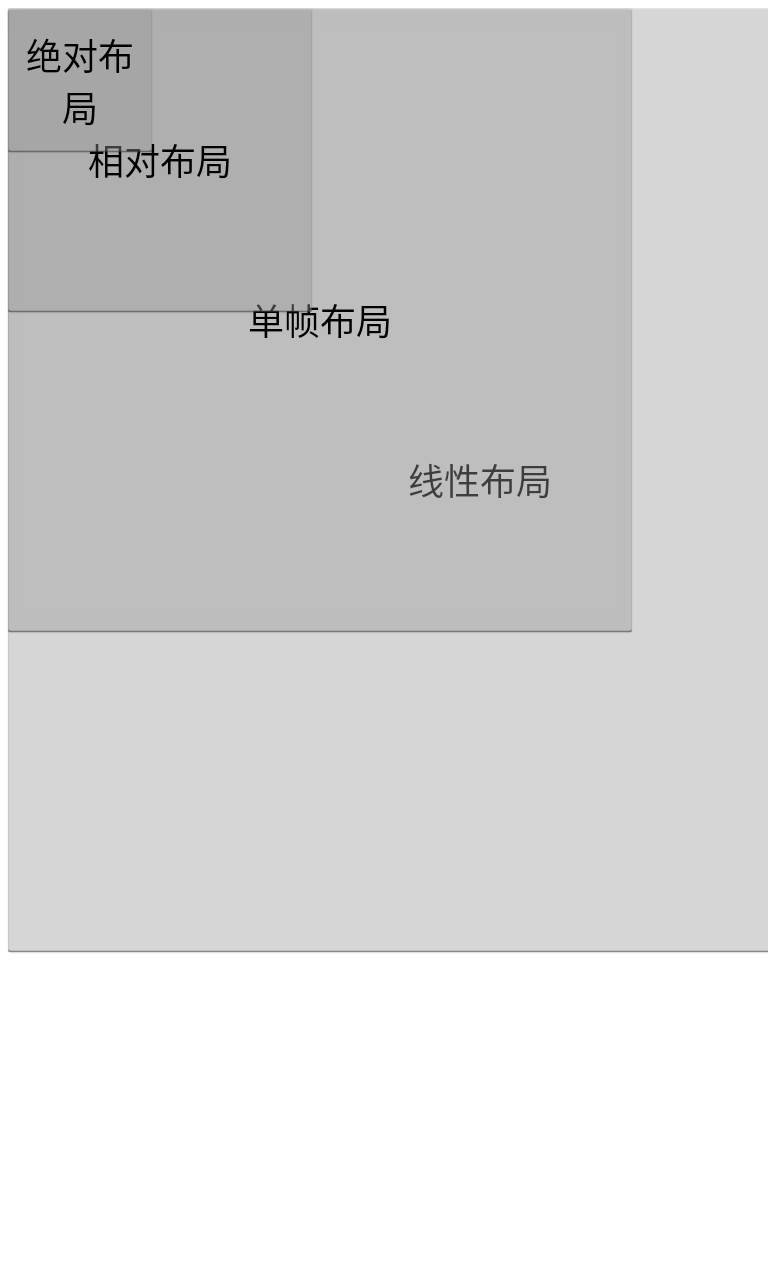
Repository: treizeor/android-examples
Layout: Ch003Layouts/res/layout/framelayout_main.xml
An editor plug-in stored every save of this project. The layout is shown before and after the next save, followed by the edit.
It is drawn on a 768 x 1280 px phone screen (xhdpi) without system bars, with theme AppTheme; the app's code is not run.

Above is the layout before, as saved 2014-06-02 02:54:48.

### Ch003Layouts/res/layout/framelayout_main.xml
<?xml version="1.0" encoding="utf-8"?>
<FrameLayout xmlns:android="http://schemas.android.com/apk/res/android"
    android:layout_width="match_parent"
    android:layout_height="match_parent" >


    <Button
        android:id="@+id/linear"
        android:layout_width="480dp"
        android:layout_height="480dp"
        android:text="@string/linear" />

    <Button
        android:id="@+id/frame"
        android:layout_width="320dp"
        android:layout_height="320dp"
        android:text="@string/frame" />

    <Button
        android:id="@+id/relative"
        android:layout_width="160dp"
        android:layout_height="160dp"
        android:text="@string/relative" />

    <Button
        android:id="@+id/abs"
        android:layout_width="80dp"
        android:layout_height="80dp"
        android:text="@string/abs" />

</FrameLayout>

### Ch003Layouts/res/values/strings.xml
<?xml version="1.0" encoding="utf-8"?>
<resources>

    <string name="app_name">Ch003Layouts</string>
    <string name="hello_world">Hello world!</string>
    <string name="action_settings">Settings</string>
    <string name="linear">线性布局</string>
    <string name="frame">单帧布局</string>
    <string name="relative">相对布局</string>
    <string name="abs">绝对布局</string>

</resources>

Loaded but not shown: Ch003Layouts/res/values/styles.xml (common file); Ch003Layouts/res/values-v11/styles.xml (common file); Ch003Layouts/res/values-v14/styles.xml (common file)

After the next save:
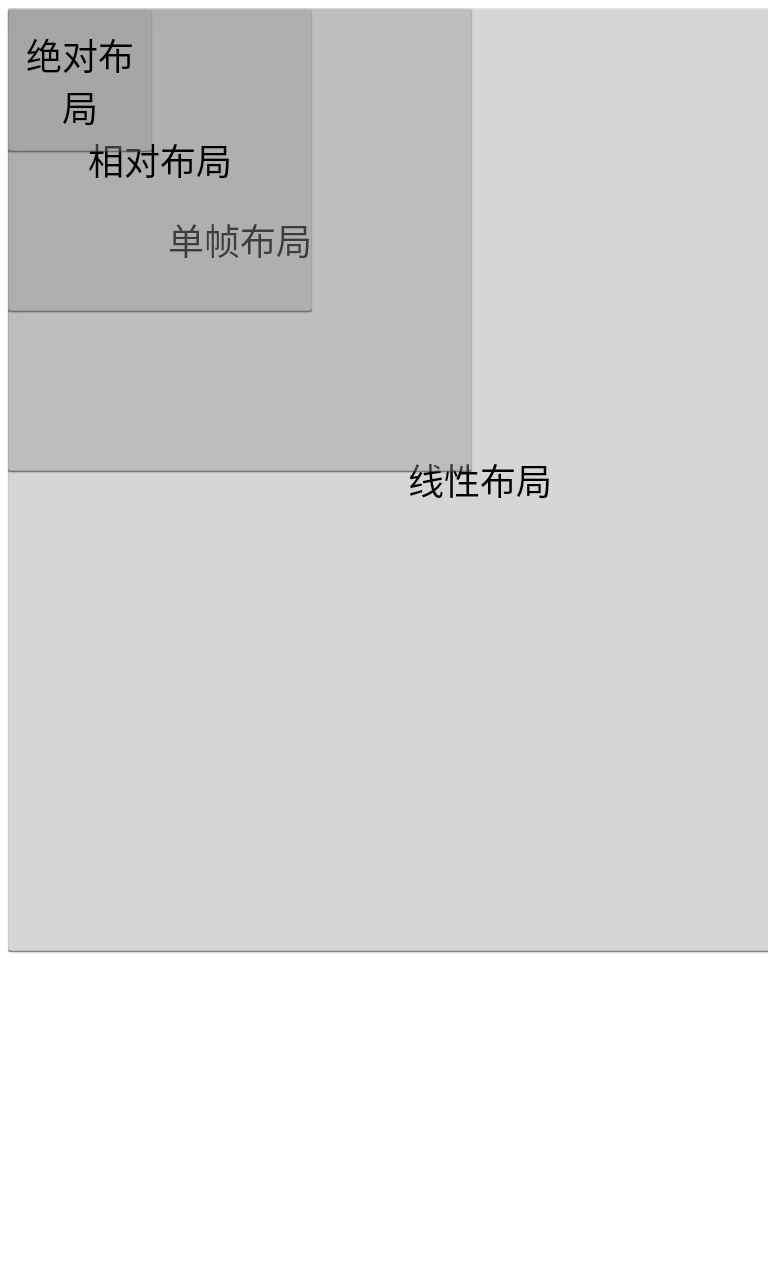
Saved 40 s later.
--- a/Ch003Layouts/res/layout/framelayout_main.xml
+++ b/Ch003Layouts/res/layout/framelayout_main.xml
@@ -12,8 +12,8 @@
 
     <Button
         android:id="@+id/frame"
-        android:layout_width="320dp"
-        android:layout_height="320dp"
+        android:layout_width="240dp"
+        android:layout_height="240dp"
         android:text="@string/frame" />
 
     <Button
